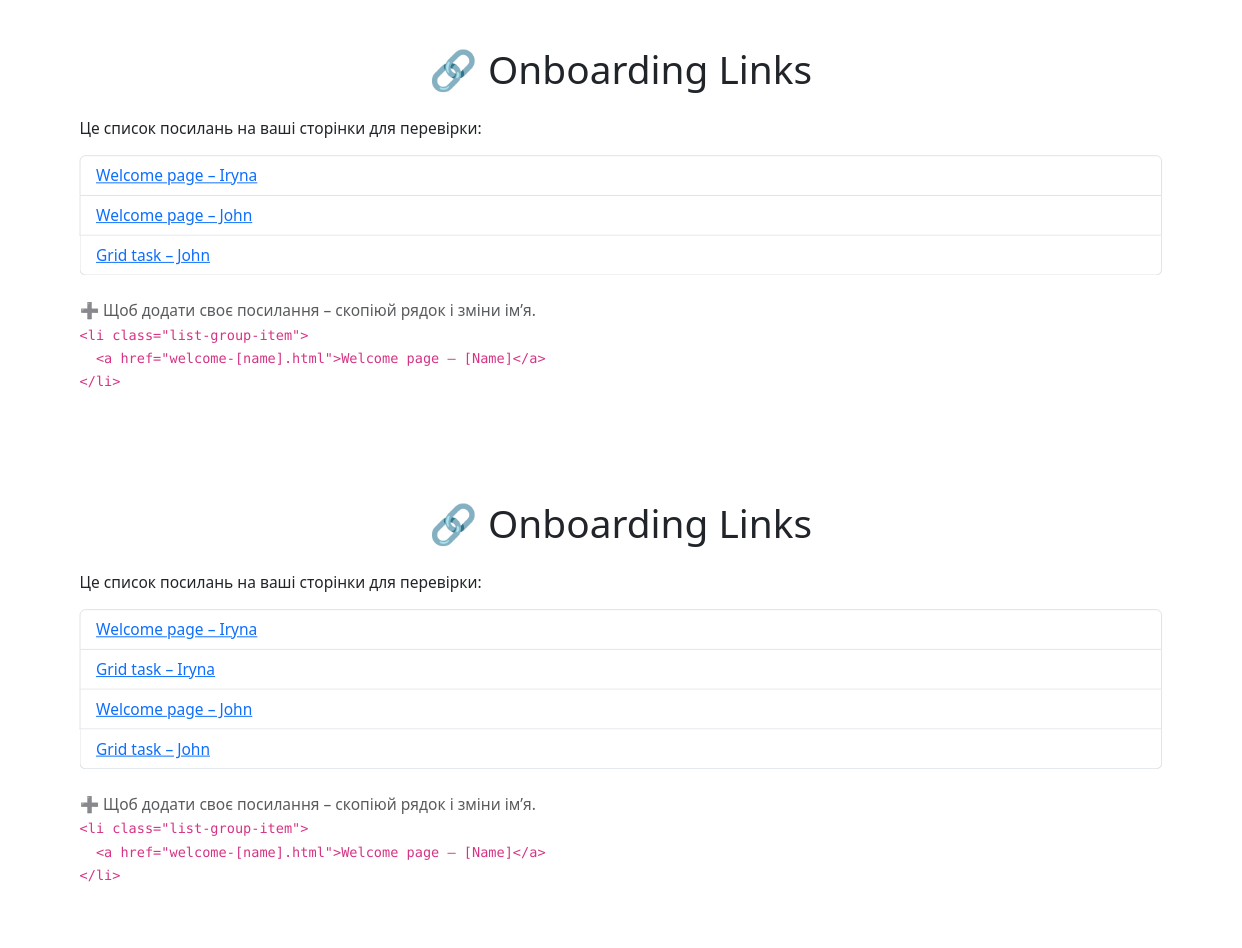
Repository: vs-developers/onboarding
Page: pages/index.html
The author's editor kept a copy of each file at every save. The page is drawn from the files as they stood at one save, then again after the next save.
The browser window is 1280 px wide. The pictures show the whole page, at 97% of full size.

Above is the page before, as saved 2025-06-02 09:50:12.

### pages/index.html
<!DOCTYPE html>
<html lang="uk">
<head>
  <meta charset="UTF-8" />
  <meta name="viewport" content="width=device-width, initial-scale=1.0" />
  <title>Onboarding – Vroda Space</title>
  <link
    href="https://cdn.jsdelivr.net/npm/bootstrap@5.3.3/dist/css/bootstrap.min.css"
    rel="stylesheet"
  />
</head>
<body>
  <div class="container py-5">
    <h1 class="text-center mb-4">🔗 Onboarding Links</h1>
    <p class="mb-3">Це список посилань на ваші сторінки для перевірки:</p>

    <ul class="list-group">
      <li class="list-group-item">
        <a href="./welcome-iryna.html" target="_blank">Welcome page – Iryna</a>
      </li>

      <!-- 🧩 Додайте свої посилання нижче -->
      <li class="list-group-item">
        <a href="welcome-john.html" target="_blank">Welcome page – John</a>
      </li>
      <li class="list-group-item">
        <a href="grid-john.html" target="_blank">Grid task – John</a>
      </li>
    </ul>

    <p class="mt-4 text-muted">
      ➕ Щоб додати своє посилання – скопіюй рядок і зміни ім’я.<br />
      <code>
        &lt;li class="list-group-item"&gt;<br />
        &nbsp;&nbsp;&lt;a href="welcome-[name].html"&gt;Welcome page – [Name]&lt;/a&gt;<br />
        &lt;/li&gt;
      </code>
    </p>
  </div>
</body>
</html>
<!DOCTYPE html>
<html lang="uk">
<head>
  <meta charset="UTF-8" />
  <meta name="viewport" content="width=device-width, initial-scale=1.0" />
  <title>Onboarding – Vroda Space</title>
  <link
    href="https://cdn.jsdelivr.net/npm/bootstrap@5.3.3/dist/css/bootstrap.min.css"
    rel="stylesheet"
  />
</head>
<body>
  <div class="container py-5">
    <h1 class="text-center mb-4">🔗 Onboarding Links</h1>
    <p class="mb-3">Це список посилань на ваші сторінки для перевірки:</p>

    <ul class="list-group">
      <li class="list-group-item">
        <a href="./welcome-iryna.html" target="_blank">Welcome page – Iryna</a>
      </li>
      <li class="list-group-item">
        <a href="grid-iryna.html" target="_blank">Grid task – Iryna</a>
      </li>

      <!-- 🧩 Додайте свої посилання нижче -->
      <li class="list-group-item">
        <a href="welcome-john.html" target="_blank">Welcome page – John</a>
      </li>
      <li class="list-group-item">
        <a href="grid-john.html" target="_blank">Grid task – John</a>
      </li>
    </ul>

    <p class="mt-4 text-muted">
      ➕ Щоб додати своє посилання – скопіюй рядок і зміни ім’я.<br />
      <code>
        &lt;li class="list-group-item"&gt;<br />
        &nbsp;&nbsp;&lt;a href="welcome-[name].html"&gt;Welcome page – [Name]&lt;/a&gt;<br />
        &lt;/li&gt;
      </code>
    </p>
  </div>
</body>
</html>

After the next save:
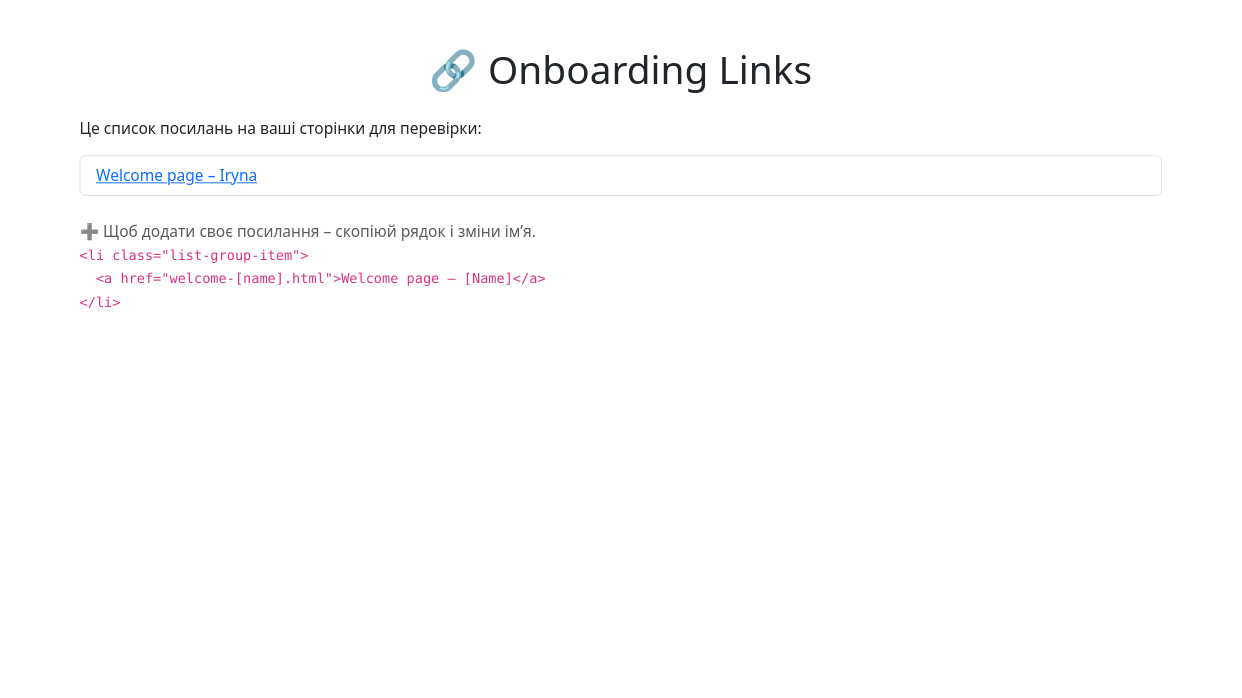
Saved 7 s later.
--- a/pages/index.html
+++ b/pages/index.html
@@ -20,12 +20,7 @@
       </li>
 
       <!-- 🧩 Додайте свої посилання нижче -->
-      <li class="list-group-item">
-        <a href="welcome-john.html" target="_blank">Welcome page – John</a>
-      </li>
-      <li class="list-group-item">
-        <a href="grid-john.html" target="_blank">Grid task – John</a>
-      </li>
+
     </ul>
 
     <p class="mt-4 text-muted">
@@ -39,47 +34,3 @@
   </div>
 </body>
 </html>
-<!DOCTYPE html>
-<html lang="uk">
-<head>
-  <meta charset="UTF-8" />
-  <meta name="viewport" content="width=device-width, initial-scale=1.0" />
-  <title>Onboarding – Vroda Space</title>
-  <link
-    href="https://cdn.jsdelivr.net/npm/bootstrap@5.3.3/dist/css/bootstrap.min.css"
-    rel="stylesheet"
-  />
-</head>
-<body>
-  <div class="container py-5">
-    <h1 class="text-center mb-4">🔗 Onboarding Links</h1>
-    <p class="mb-3">Це список посилань на ваші сторінки для перевірки:</p>
-
-    <ul class="list-group">
-      <li class="list-group-item">
-        <a href="./welcome-iryna.html" target="_blank">Welcome page – Iryna</a>
-      </li>
-      <li class="list-group-item">
-        <a href="grid-iryna.html" target="_blank">Grid task – Iryna</a>
-      </li>
-
-      <!-- 🧩 Додайте свої посилання нижче -->
-      <li class="list-group-item">
-        <a href="welcome-john.html" target="_blank">Welcome page – John</a>
-      </li>
-      <li class="list-group-item">
-        <a href="grid-john.html" target="_blank">Grid task – John</a>
-      </li>
-    </ul>
-
-    <p class="mt-4 text-muted">
-      ➕ Щоб додати своє посилання – скопіюй рядок і зміни ім’я.<br />
-      <code>
-        &lt;li class="list-group-item"&gt;<br />
-        &nbsp;&nbsp;&lt;a href="welcome-[name].html"&gt;Welcome page – [Name]&lt;/a&gt;<br />
-        &lt;/li&gt;
-      </code>
-    </p>
-  </div>
-</body>
-</html>
